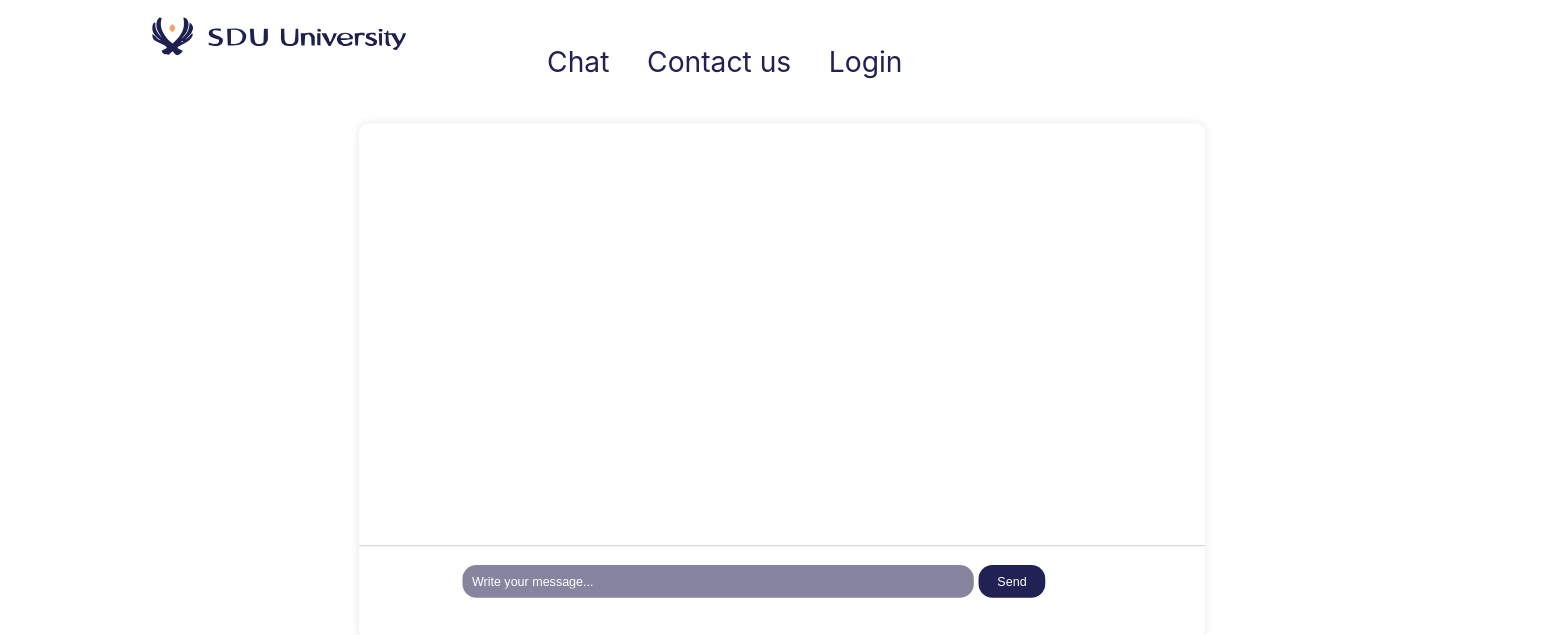
Repository: tolepbekova/Community_v.l
Page: /getstart
The author's editor kept a copy of each file at every save. The page is drawn from the files as they stood at one save, then again after the next save.
The browser window is 1280 px wide. The page is 1664 px wide, so the pictures cover 1664 px, including what lies to the right of the window. The pictures show the whole page, at 94% of full size.
The project was rebuilt for these pictures with package versions that can differ from the ones it lists, and the page was loaded fresh each time. Also part of the build but not shown: vite.config.js, src/components/HelloWorld.vue, src/views/Login.vue. Imported but missing from the stored project, and not drawn on this page: src/views/Change.vue.

Above is the page before, as saved 2024-05-10 09:12:14.

After the next save:
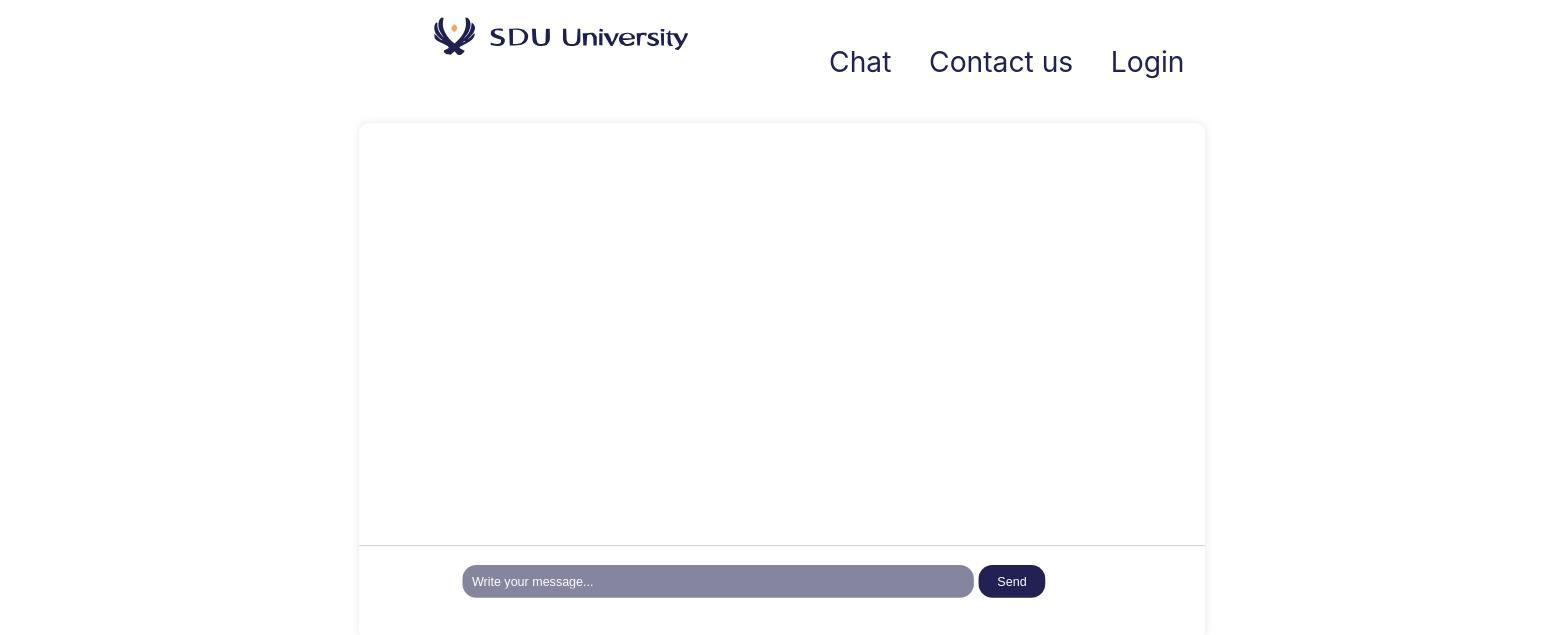
Saved 24 s later.
--- a/src/views/AboutView.vue
+++ b/src/views/AboutView.vue
@@ -53,7 +53,7 @@
       axios.defaults.withCredentials = false
       console.log(this.userInput)
       // axios.defaults.headers.post['Access-Control-Allow-Origin'] = '*';
-      axios.post(`http://qabot-production.up.railway.app/process_query`, { question: this.userInput })
+      axios.post(`http://qabot-production.up.railway.app/process_query`, { text: this.userInput })
         .then(response => {
           if (response) {
             console.log('Ответ от сервера:', response);
@@ -132,7 +132,7 @@
 .logo {
     width: 270px;
     height: 77px;
-    margin-left: 130px ;
+    margin-left: 430px ;
 }
 
 #navbar {
